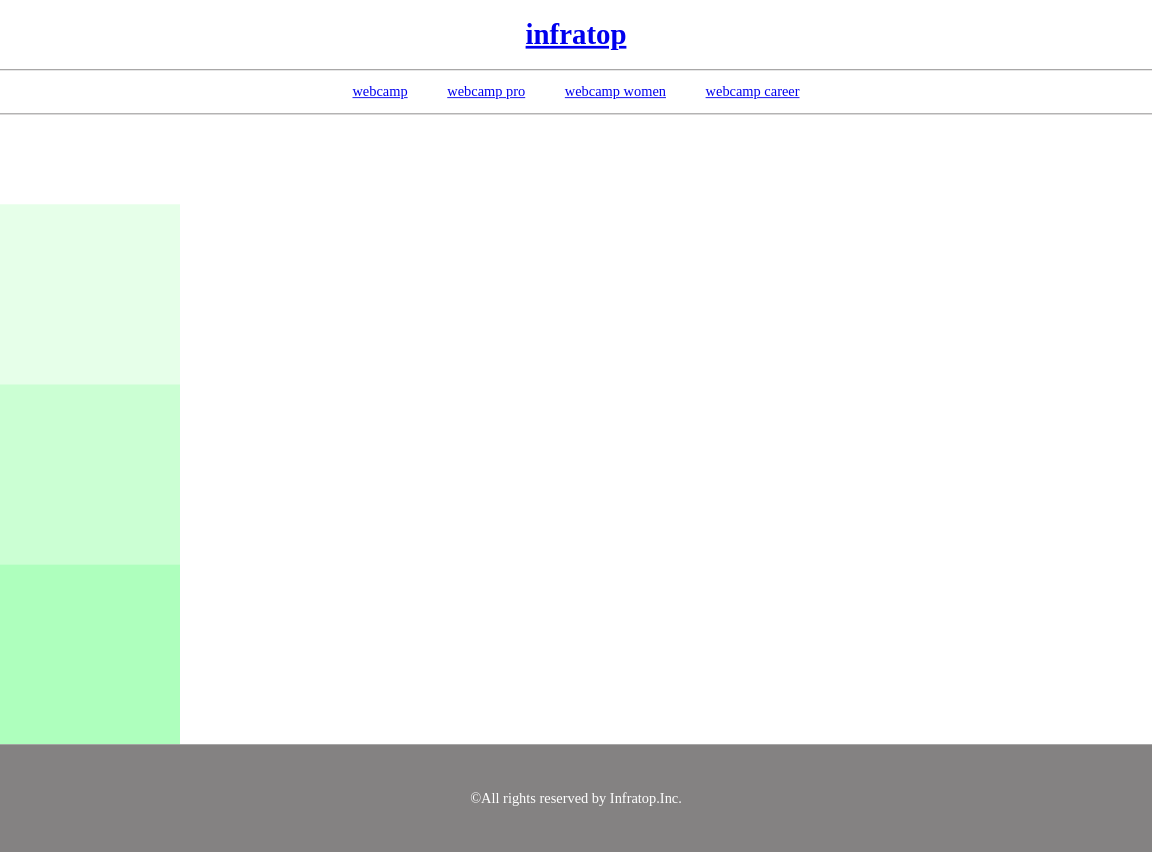
Repository: pooh0721/-
Page: chapter5/index.html
The author's editor kept a record of every edit. The page is drawn from the files as they stood at one moment, then again after the next edit.
The browser window is 1280 px wide. The pictures show the whole page, at 90% of full size.

Above is the page before.

### chapter5/index.html
<!DOCTYPE html>
<html lang="ja">
  <head>
    <meta charset="UTF-8" />
    <!-- CSSファイルの読み込み -->
    <link rel="stylesheet" href="style.css" />
    <title>CARAVAN</title>
  <head>
    <body>
      <header>
        <h1 class="heading">
          <a href="index.html">infratop
          </a>
        </h1>
      </header>
      <nav>
        <ul class="nav-list">
          <li class="nav-list-item">
            <a href="index.html" >webcamp</a>
          </li>
           <li class="nav-list-item">
            <a href="index.html" >webcamp pro</a>
          </li>
           <li class="nav-list-item">
            <a href="index.html" >webcamp women</a>
          </li>
           <li class="nav-list-item">
            <a href="index.html" >webcamp career</a>
          </li>


        </ul>
      </nav>
      <div class="main"></div>

      <div class="box1"></div>

      <div class="box2"></div>

      <div class="box3"></div>

      <div class="box"></div>

      <div class="box"></div>

      <div class="box"></div>

      <div class="box"></div>

      <div class="box"></div>

      <div class="box"></div>

      <div class="box"></div>

      <div class="box"></div>

      <div class="box"></div>


      <footer>
        <p class="footer-text"> ©All rights reserved by Infratop.Inc.</p>
      </footer>
    </body>



  <html>

### chapter5/style.css
* {
  margin: 0;
  padding: 0;
  box-sizing: border-box;
}

header {
  width: 100%; /* 横幅90% */
  padding: 20px 0;
  margin: 0 auto;
  text-align: center;
}


.nav-list {
  text-align: center;
  padding:15px ;
   margin: 0 auto;
  border-bottom: 1px solid #848282;
  border-top: 1px solid #848282;
  }

.nav-list-item {
  list-style: none;
  display: inline-block;
  margin: 0 20px;
}

.main {
  width: 800px;
  margin: 50px auto;
  display: flex;
  flex-wrap: wrap;

}

.box1 {
  width: 200px;
  height: 200px;
  background-color: #e6ffe9;
}

.box2 {
  width: 200px;
  height: 200px;
  background-color: #cbffd3;
}

.box3 {
  width: 200px;
  height: 200px;
  background-color: #aeffbd;
}

.box4 {
  width: 200px;
  height: 200px;
  background-color: #93ffab;
}

.box5 {
  width: 200px;
  height: 200px;
  background-color: #f3ffd8;
}

.box6 {
  width: 200px;
  height: 200px;
  background-color: #edffbe;
}

.box7 {
  width: 200px;
  height: 200px;
  background-color: #e9ffa5;
}

.box8 {
  width: 200px;
  height: 200px;
  background-color: #e4ff8d;
}

.box9 {
  width: 200px;
  height: 200px;
  background-color: #d9e5ff;
}

.box10 {
  width: 200px;
  height: 200px;
  background-color: #bad3ff;
}

.box11 {
  width: 200px;
  height: 200px;
  background-color: #a4c6ff;
}

.box12 {
  width: 200px;
  height: 200px;
  background-color: #8eb8ff;
}

footer {
  width: 100%;
  height: 120px;
  text-align: center;
  line-height: 120px;
  background-color: #848282;
}


footer {
  width: 100%;
  height: 120px;
  text-align: center;
  line-height: 120px;
  background-color: #848282;
}

.footer-text {
  color: #fff;
}

After the next edit:
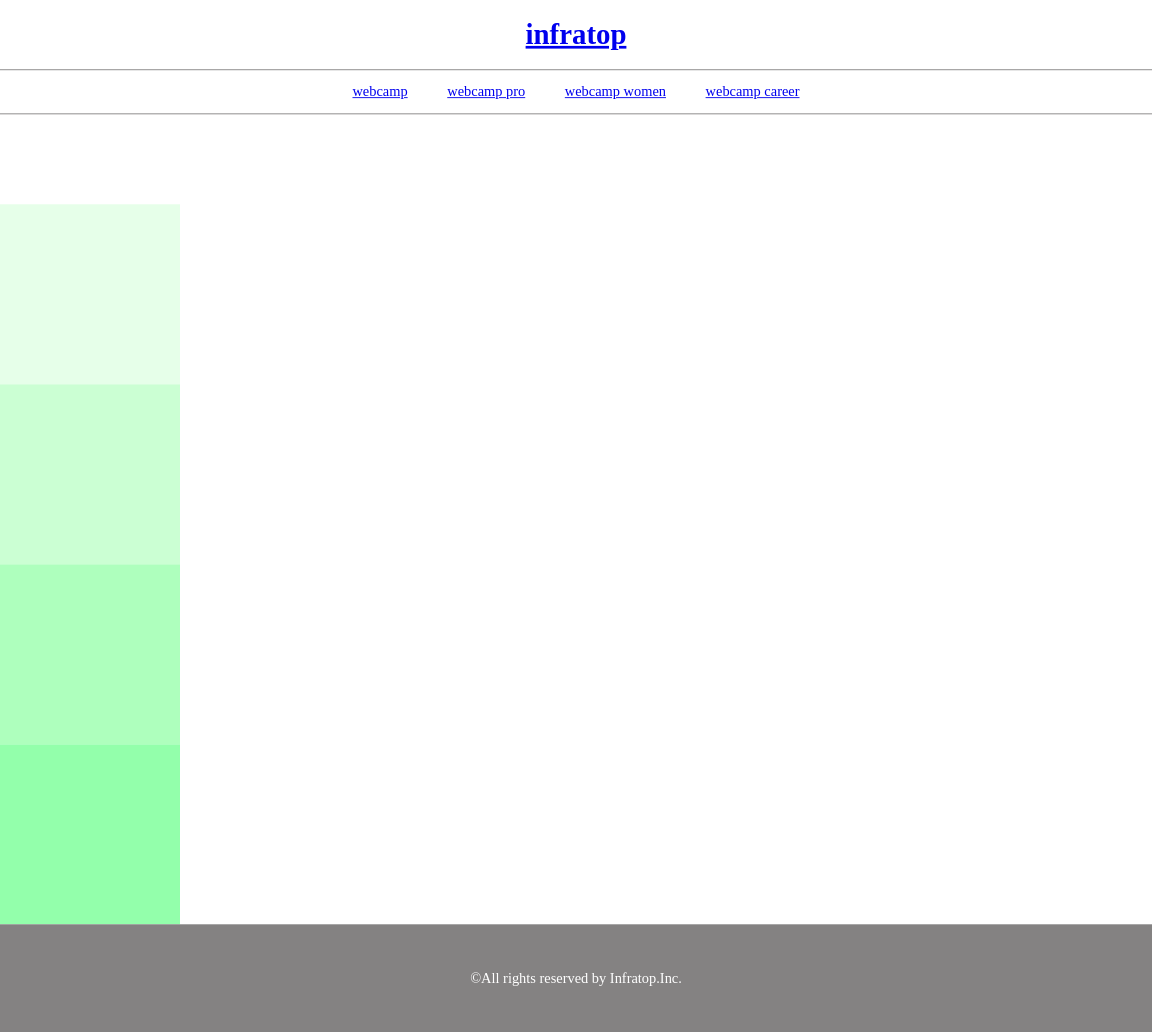
The edit:
--- a/chapter5/index.html
+++ b/chapter5/index.html
@@ -39,7 +39,7 @@
 
       <div class="box3"></div>
 
-      <div class="box"></div>
+      <div class="box4"></div>
 
       <div class="box"></div>
 
